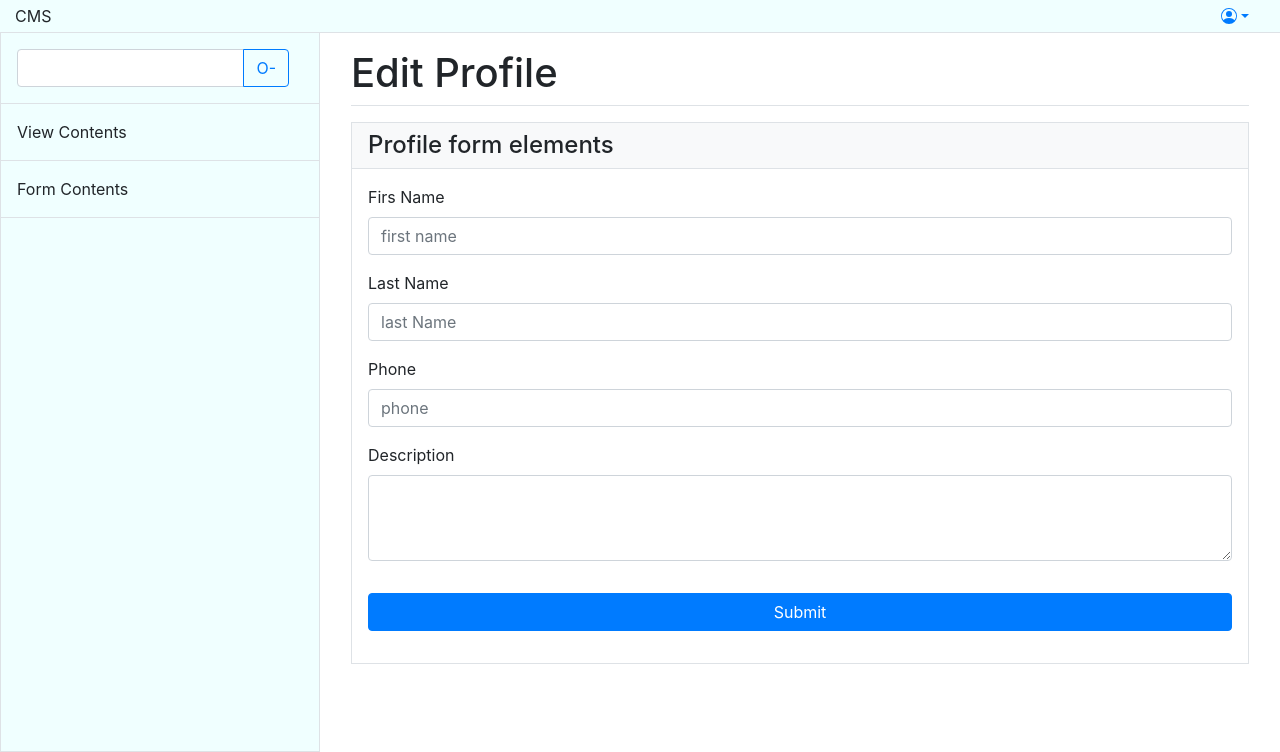
Repository: Thiuannh/springboot
Page: http://localhost/JACKMVC/WEB-INF/views/home.jsp
The author's editor kept a copy of each file at every save. The page is drawn from the files as they stood at one save, then again after the next save.
The browser window is 1280 px wide. The pictures show the whole page.
The page is served by Tomcat 9. Nobody is signed in. The template is opened directly, without the code that normally fills it, so the values that code supplies are empty.

Above is the page before, as saved 2022-11-21 17:40:05.

After the next save:
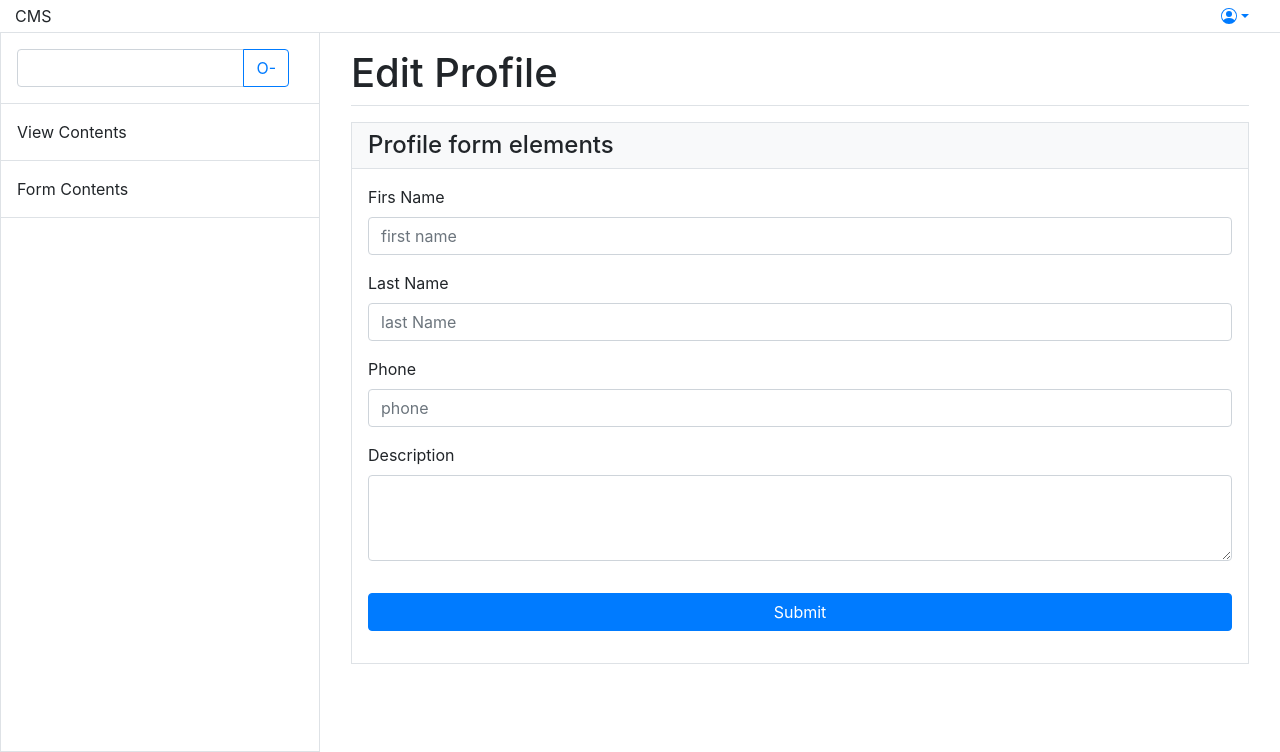
Not found: JACKMVC/JACKMVC/resources/css/style.css
Saved 3 min 4 s later.
--- a/JACKMVC/src/main/webapp/WEB-INF/views/home.jsp
+++ b/JACKMVC/src/main/webapp/WEB-INF/views/home.jsp
@@ -15,7 +15,7 @@
 	href="https://stackpath.bootstrapcdn.com/bootstrap/4.3.1/css/bootstrap.min.css"
 	integrity="sha384-ggOyR0iXCbMQv3Xipma34MD+dH/1fQ784/j6cY/iJTQUOhcWr7x9JvoRxT2MZw1T"
 	crossorigin="anonymous">
-<link rel="stylesheet" href="mvc/resources/css/tyle.css">
+ <link href="<c:url value="/resources/css/style.css" />" rel="stylesheet">
 </head>
 <body>
 	<div class="container-fluid">
